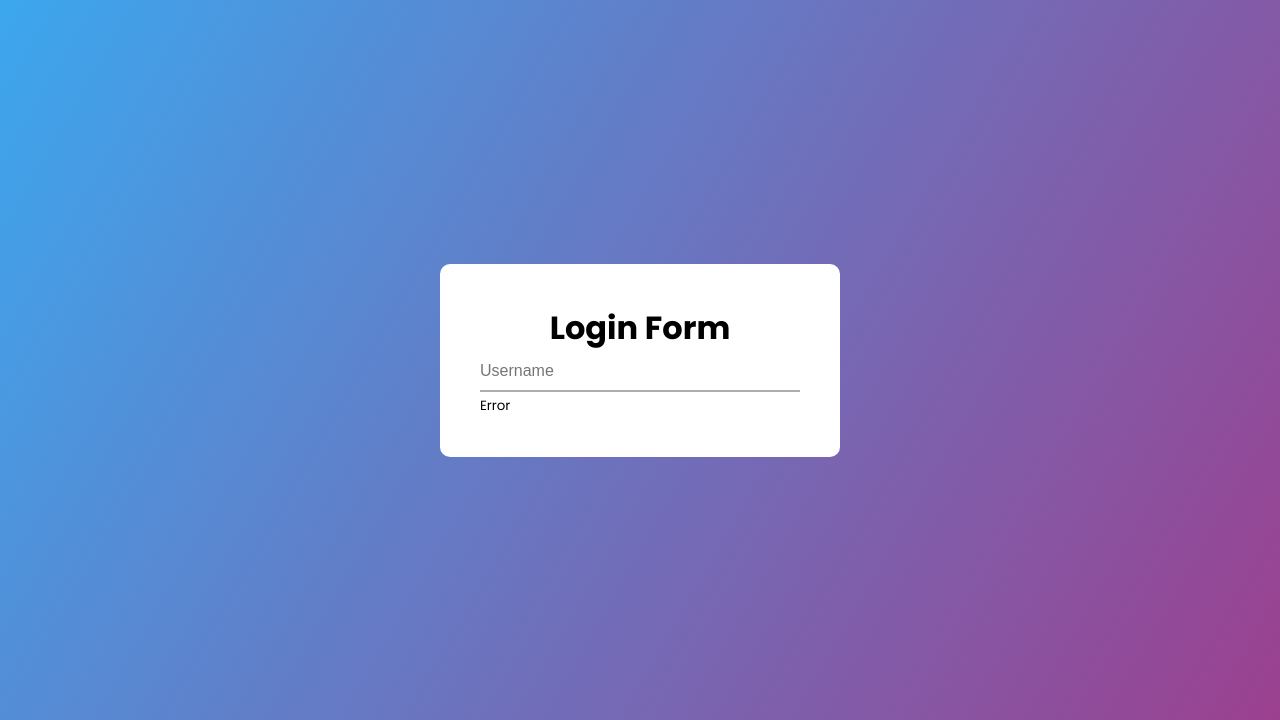
Repository: QUANGTHAI2003/Form-Validation
Page: index.html
These files come from the project's save history. The page is drawn as it stood at one moment and after a run of saves; the edit follows.
The browser window is 1280 px wide. The pictures show the whole page.

Above is the page before, as saved 2022-03-13 14:16:32.

After the next 3 saves:
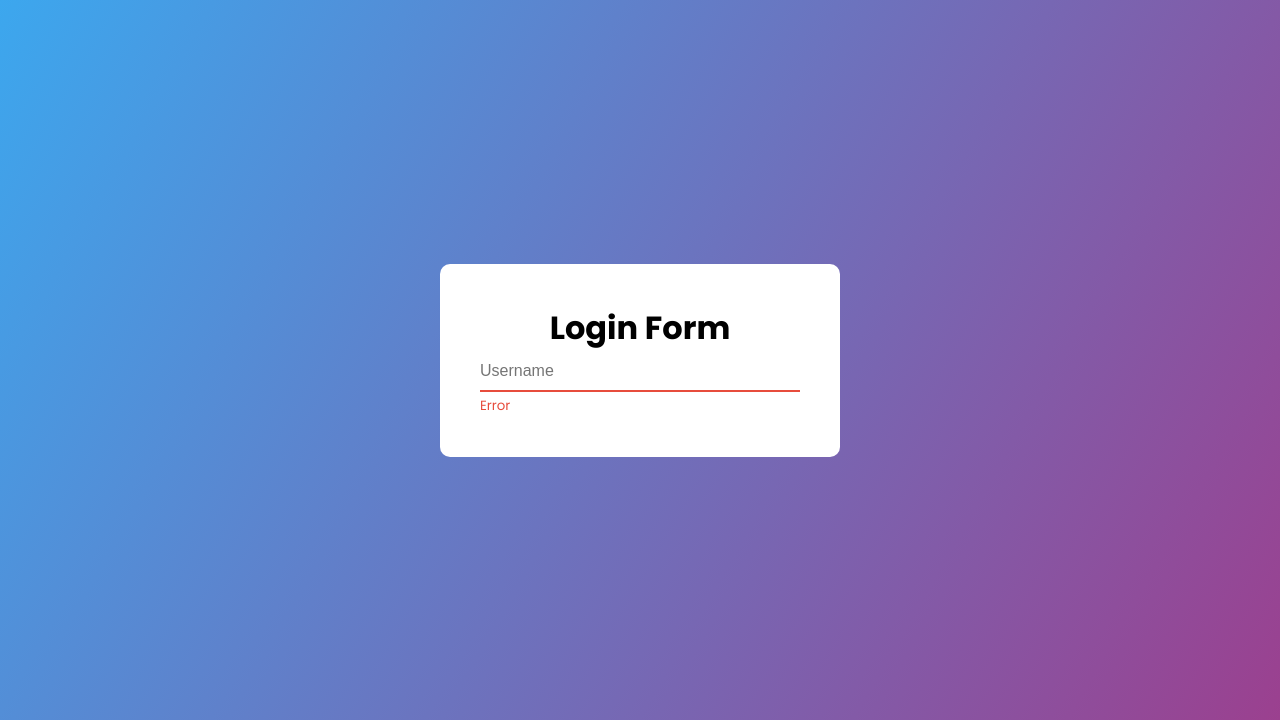
The 3 saves are shown as one change because they came seconds apart.
The last was saved 43 s later.
--- a/style.css
+++ b/style.css
@@ -61,6 +61,10 @@ body {
     width: 100%;
 }
 
-.form-control.erroe small {
+.form-control.error small {
     color: var(--error-color);
 }
+
+.form-control.error input {
+    border-bottom: 2px solid var(--error-color);
+}
